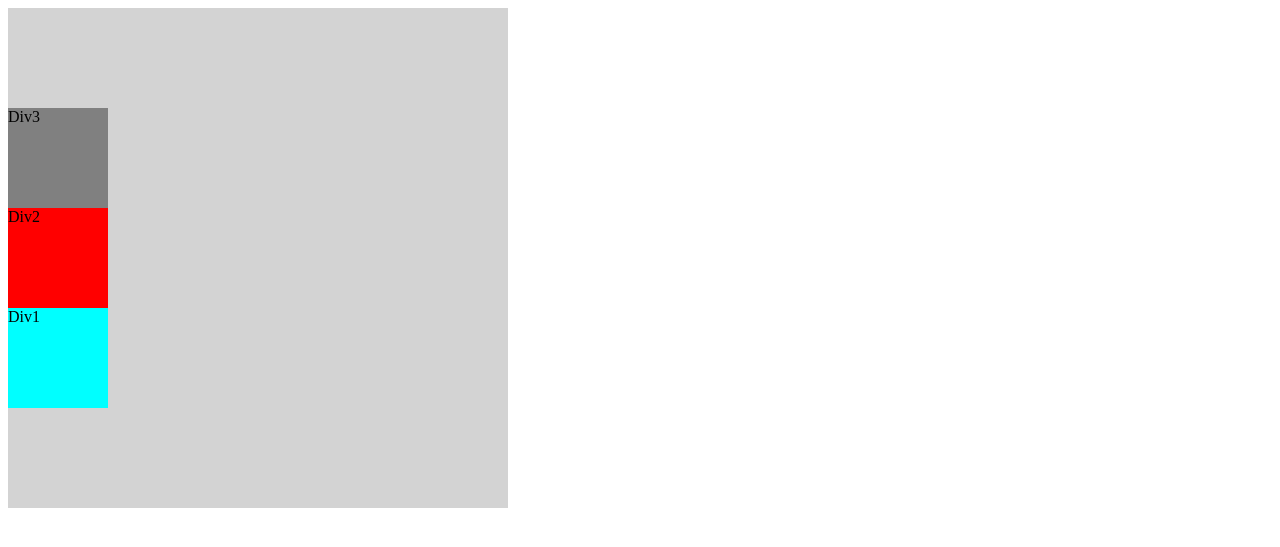
Repository: Sayan-100/Javascript
Page: Flex justify content/index.html
These files come from the project's save history. The page is drawn as it stood at one moment and after the next save; the edit follows.
The browser window is 1280 px wide. The pictures show the whole page.

Above is the page before, as saved 2021-12-31 17:10:49.

After the next save:
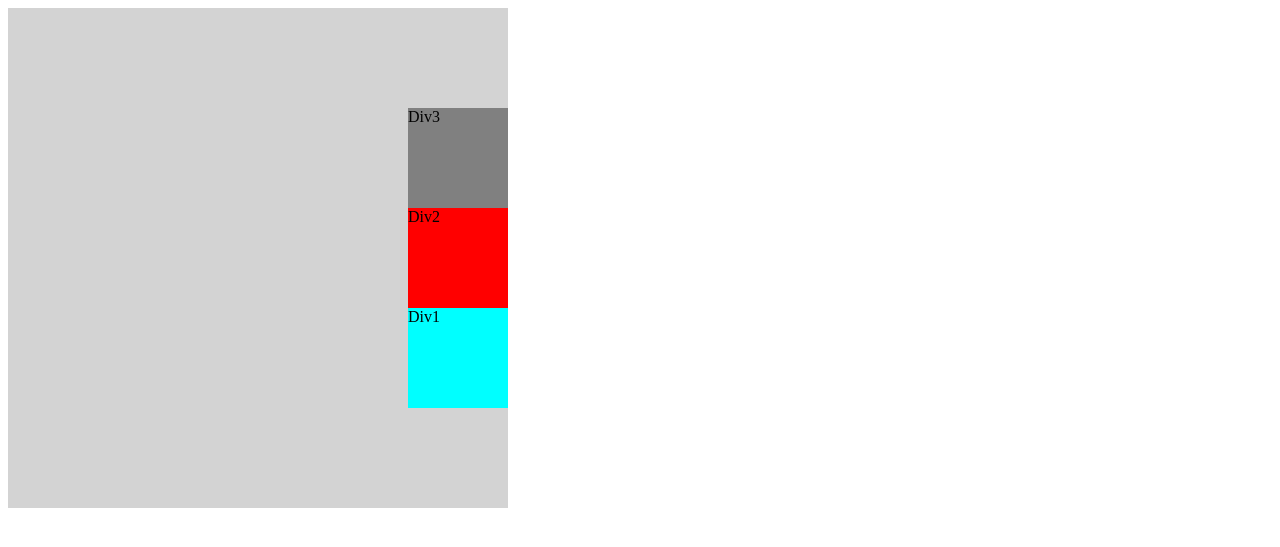
Saved 44 s later.
--- a/Flex justify content/style.css
+++ b/Flex justify content/style.css
@@ -18,7 +18,7 @@
      /* flex-wrap: nowrap; */
      /* flex-wrap: wrap; */
      /* wrap in multiple lines */
-     /* flex-wrap: wrap-reverse; */
+     flex-wrap: wrap-reverse;
      /* default value of justify content is flex start  */
      /* justify-content: flex-start; */
      /* justify-content: flex-end; */
